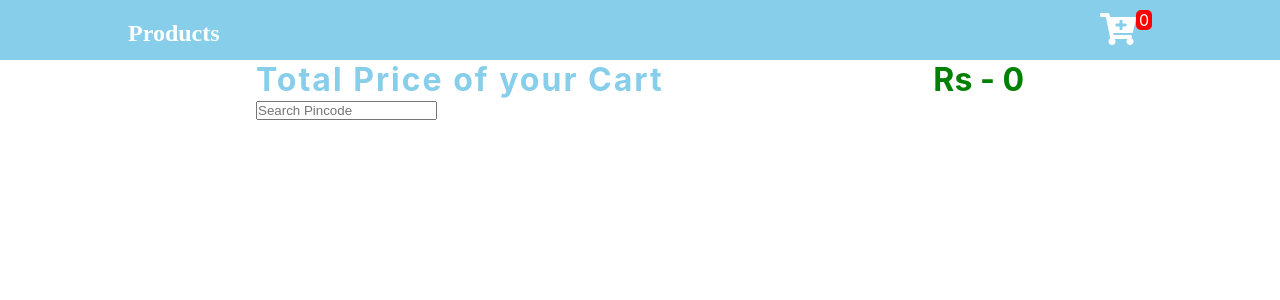
Repository: Imprasna/react-ecommerce
Page: /, after clicking the first element matching `div.cart`
The author's editor kept a copy of each file at every save. The page is drawn from the files as they stood at one save, then again after the next save.
The browser window is 1280 px wide. The pictures show the whole page.
Some web libraries are served in a nearby version. The project was rebuilt for these pictures with package versions that can differ from the ones it lists, and the page was loaded fresh each time.

Above is the page before, as saved 2022-06-14 21:17:06.

After the next save:
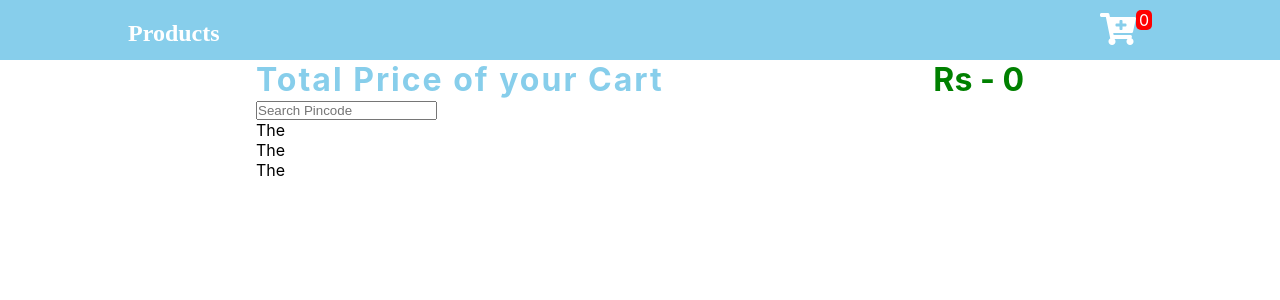
Saved 3 min 11 s later.
--- a/src/components/Cart.js
+++ b/src/components/Cart.js
@@ -66,7 +66,7 @@ const Cart = ({ cart, setCart, handleChange }) => {
           (
 
           // {pin.code}
-            <p onClick={() => handlePrice(setPrice(pin.charge))}>  </p>
+            <p onClick={() => handlePrice(setPrice(pin.charge))}> The   </p>
 
       ))}
           </div>
